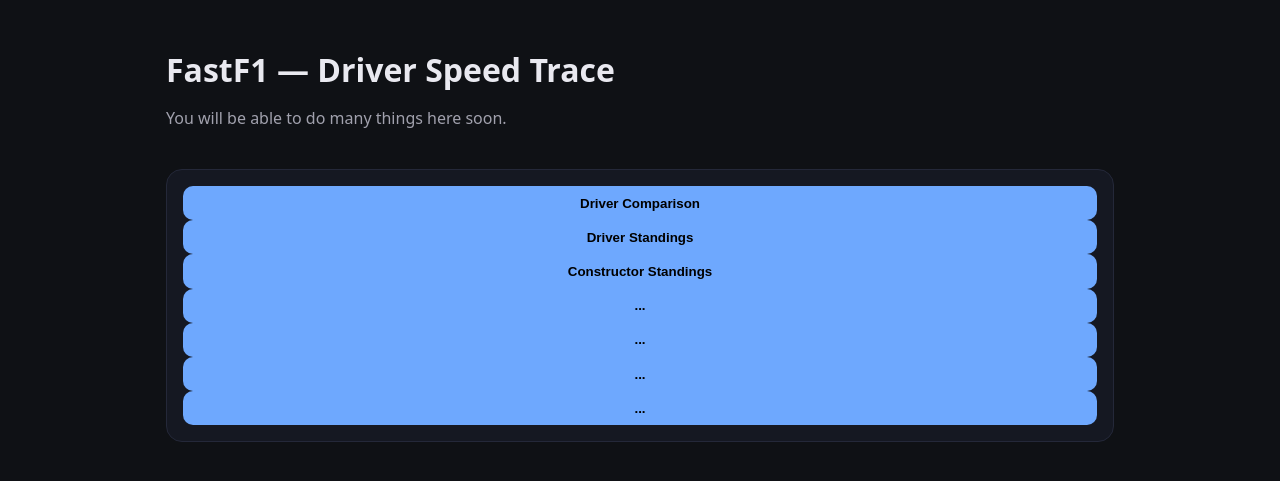
Repository: gqnsptaa/fastf1_web_preview
Page: http://localhost/menu
An editor plug-in stored every save of this project. The page is shown before and after a run of saves, followed by the edit.
The browser window is 1280 px wide. The pictures show the whole page.
The page is served by the project's application, run on Flask 3 (app.py).

Above is the page before, as saved 2025-09-22 16:42:14.

### templates/menu.html
<!DOCTYPE html>
<html lang="en">
  <head>
    <meta charset="utf-8" />
    <meta name="viewport" content="width=device-width, initial-scale=1" />
    <title>FastF1 — Driver Speed Trace</title>
    <link
      rel="stylesheet"
      href="{{ url_for('static', filename='styles.css') }}"
    />
  </head>
  <body>
    <div class="wrap">
      <header>
        <h1>FastF1 — Driver Speed Trace</h1>
        <p class="muted">You will be able to do many things here soon.</p>
      </header>
      <div class="card">
        <div class="full">
          <button type="submit">Driver Comparison</button>
          <button type="submit">Driver Standings</button>
          <button type="submit">Constructor Standings</button>
          <button type="submit">...</button>
          <button type="submit">...</button>
          <button type="submit">...</button>
          <button type="submit">...</button>
        </div>
      </div>
    </div>
  </body>
</html>

### app.py
from pathlib import Path
import time
from flask import Flask, render_template, request, redirect, url_for, flash
import matplotlib
matplotlib.use("Agg")   # headless backend for servers
import matplotlib.pyplot as plt
import matplotlib.pyplot as plt
import fastf1
import fastf1.plotting as f1plt

app = Flask(__name__)
app.secret_key = "dev"

BASE_DIR = Path(__file__).parent.resolve()
CACHE_DIR = BASE_DIR / ".fastf1"
CACHE_DIR.mkdir(parents=True, exist_ok=True)
fastf1.Cache.enable_cache(str(CACHE_DIR))

@app.get("/healthz")
def healthz():
    return "ok"

@app.get("/")
def index():
    return render_template("index.html")

@app.get("/menu")
def menu():
    return render_template("menu.html")

@app.route("/result", methods=["GET"])
def result():
    p = BASE_DIR / "static" / "plot.png"
    if p.exists():
        plot_url = url_for("static", filename="plot.png", v=int(time.time()))
    return render_template("result.html", plot_url=plot_url)


@app.post("/plot")
def plot():
    year = int(request.form.get("year", "2025"))
    event = request.form.get("event", "...")
    session_code = request.form.get("session", "Q")
    drv1 = (request.form.get("driver1", "") or "").upper().strip()
    drv2 = (request.form.get("driver2", "") or "").upper().strip()

    sess = fastf1.get_session(year, int(event) if event.isdigit() else event, session_code)
    sess.load(laps=True, telemetry=True)

    f1plt.setup_mpl()
    fig, ax = plt.subplots(figsize=(10, 5), dpi=150)

    plotted = False
    if drv1:
        lap1 = sess.laps.pick_driver(drv1).pick_fastest()
        tel1 = lap1.get_telemetry()
        ax.plot(tel1["Distance"], tel1["Speed"], label=f"{drv1} fastest")
        plotted = True
    if drv2:
        lap2 = sess.laps.pick_driver(drv2).pick_fastest()
        tel2 = lap2.get_telemetry()
        ax.plot(tel2["Distance"], tel2["Speed"], label=f"{drv2} fastest")
        plotted = True
    if not plotted:
        lap = sess.laps.pick_fastest()
        tel = lap.get_telemetry()
        ax.plot(tel["Distance"], tel["Speed"], label=f"{lap['Driver']} (overall fastest)")

    ax.set_xlabel("Distance [m]"); ax.set_ylabel("Speed [km/h]")
    ax.set_title(f"{sess.event['EventName']} {sess.event.year} — {sess.name}")
    ax.grid(True); ax.legend(); fig.tight_layout()

    out = BASE_DIR / "static" / "plot.png"
    fig.savefig(out, bbox_inches="tight")
    plt.close(fig)

    flash("Plot generated", "success")
    return redirect(url_for("result"))

if __name__ == "__main__":
    app.run(debug=True)  # browse to http://127.0.0.1:5000/

### static/styles.css
:root {
  --bg:#0f1115; --card:#151822; --text:#e9e9f0;
  --muted:#a1a1ad; --accent:#6ea8fe; --border:#242839;
}
* { box-sizing: border-box; }
body {
  margin: 0;
  font-family: system-ui, -apple-system, Segoe UI, Roboto, Helvetica, Arial;
  background: var(--bg);
  color: var(--text);
}
.wrap { max-width: 980px; margin: 24px auto 48px; padding: 0 16px; }
header { padding: 24px 0 8px; }
h1 { margin: 0 0 6px; }
.muted { color: var(--muted); }

.card {
  background: var(--card);
  border: 1px solid var(--border);
  border-radius: 16px;
  padding: 16px;
  margin-top: 16px;
}

label { display: block; margin: .25rem 0 .35rem; }
input, select, button {
  width: 100%;
  padding: .6rem .7rem;
  border: 1px solid var(--border);
  border-radius: 10px;
  background: #0f1115;
  color: var(--text);
}
form { display: grid; grid-template-columns: repeat(2, minmax(0,1fr)); gap: 12px; }
form .full { grid-column: 1 / -1; }

button {
  background: var(--accent);
  border: none;
  color: #000;
  font-weight: 600;
  cursor: pointer;
}

.img {
  display: grid;
  place-items: center;
  padding: 12px;
  border: 1px dashed var(--border);
  border-radius: 12px;
  min-height: 220px;
}
img { max-width: 100%; height: auto; border-radius: 10px; display: block; }

.flash { padding: .6rem .8rem; border-radius: 10px; margin: .35rem 0; font-size: .95rem; }
.success { background: #0f2f19; border: 1px solid #1d5e35; }
.error   { background: #2f1010; border: 1px solid #5e1d1d; }
.info    { background: #0f2132; border: 1px solid #1d3d5e; }

After the next 2 saves:
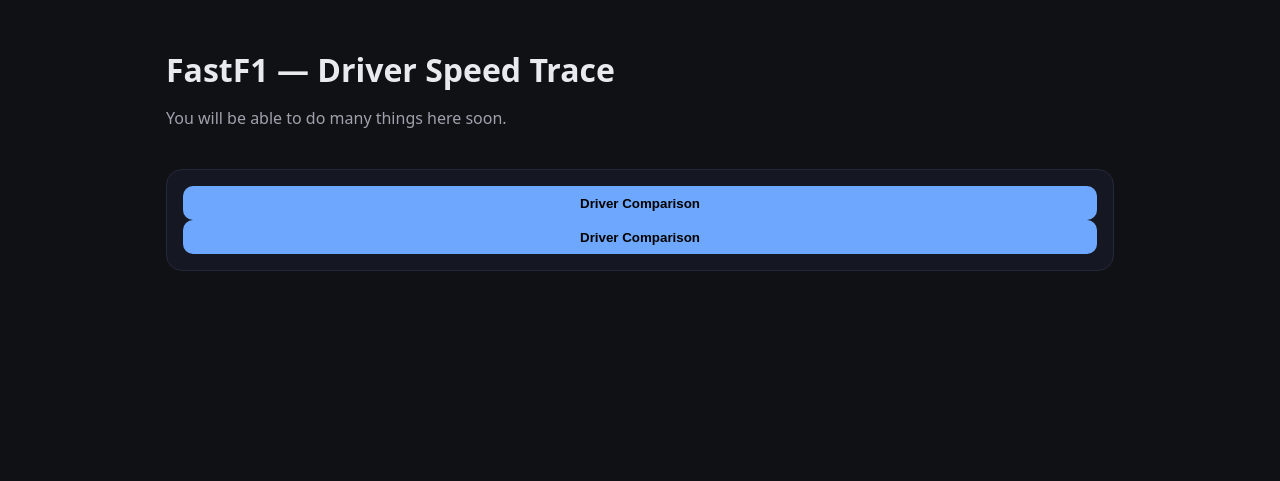
The 2 saves are shown as one change because they came seconds apart.
The last was saved 26 s later.
--- a/templates/menu.html
+++ b/templates/menu.html
@@ -18,13 +18,10 @@
       <div class="card">
         <div class="full">
           <button type="submit">Driver Comparison</button>
-          <button type="submit">Driver Standings</button>
-          <button type="submit">Constructor Standings</button>
-          <button type="submit">...</button>
-          <button type="submit">...</button>
-          <button type="submit">...</button>
-          <button type="submit">...</button>
         </div>
+        <div class="full">
+            <button type="submit">Driver Comparison</button>
+          </div>
       </div>
     </div>
   </body>
